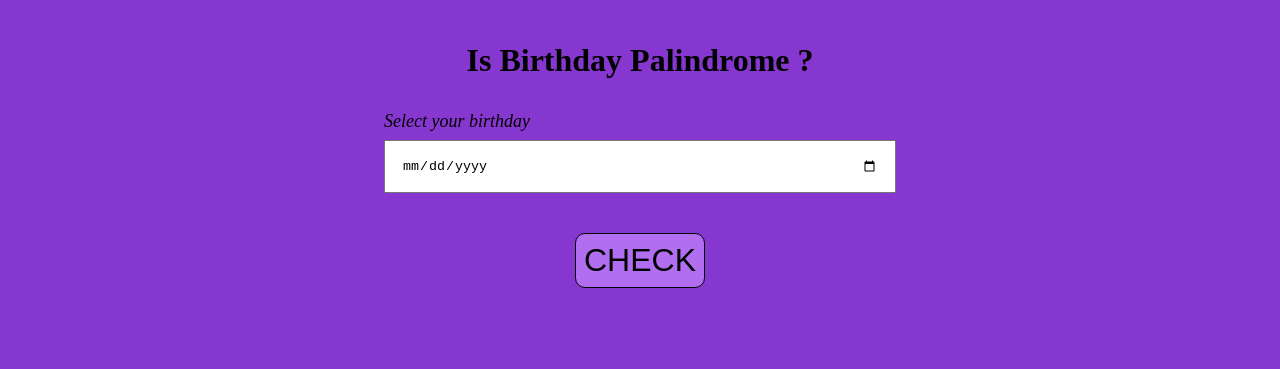
Repository: patelamancode/Palindrome-Birthday
Page: index.html
These files come from the project's save history. The page is drawn as it stood at one moment and after the next save; the edit follows.
The browser window is 1280 px wide. The pictures show the whole page.

Above is the page before, as saved 2022-12-02 18:04:01.

After the next save:
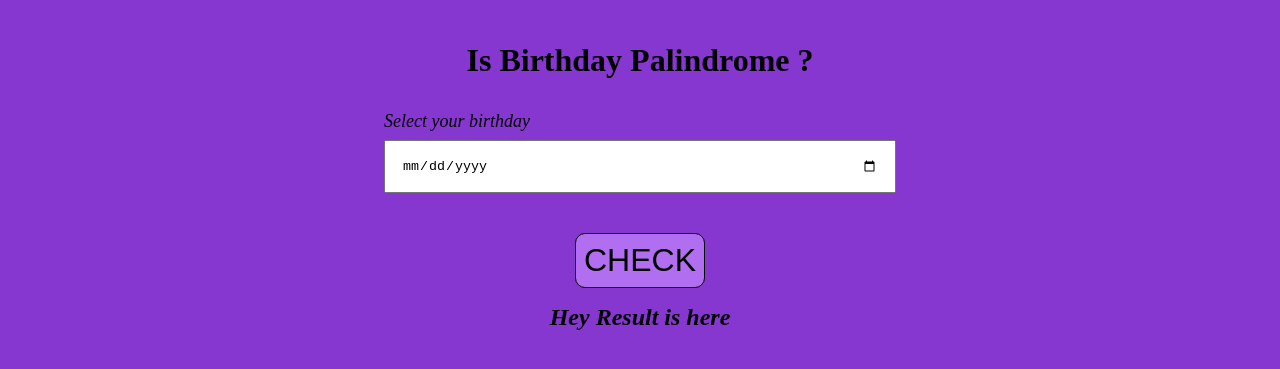
Saved 20 s later.
--- a/index.css
+++ b/index.css
@@ -45,7 +45,7 @@
     border-radius: 10px;
   }
   #result-display {
-    display: none;
+    display: flex;
     padding-top: 1rem;
     font-style: italic;
     margin: auto;

After the save that followed:
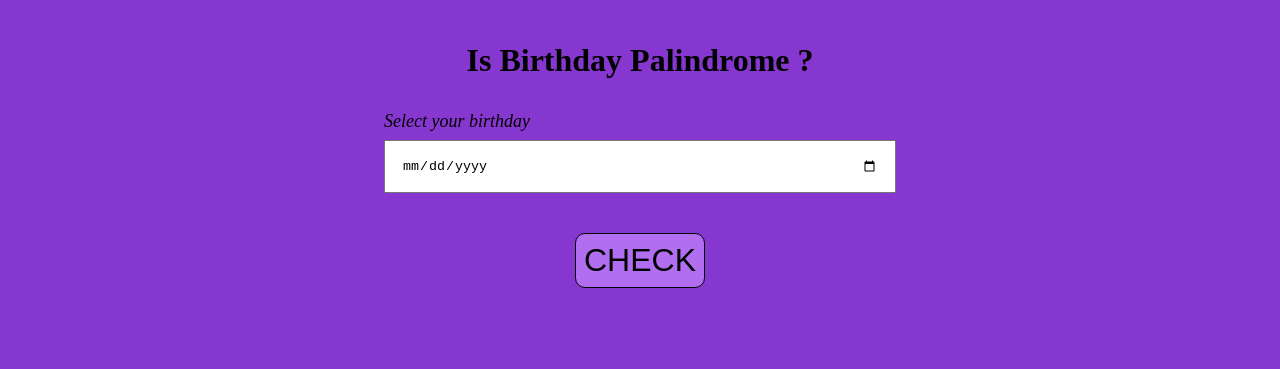
Saved 16 s later.
--- a/index.css
+++ b/index.css
@@ -45,7 +45,7 @@
     border-radius: 10px;
   }
   #result-display {
-    display: flex;
+    display: none;
     padding-top: 1rem;
     font-style: italic;
     margin: auto;
